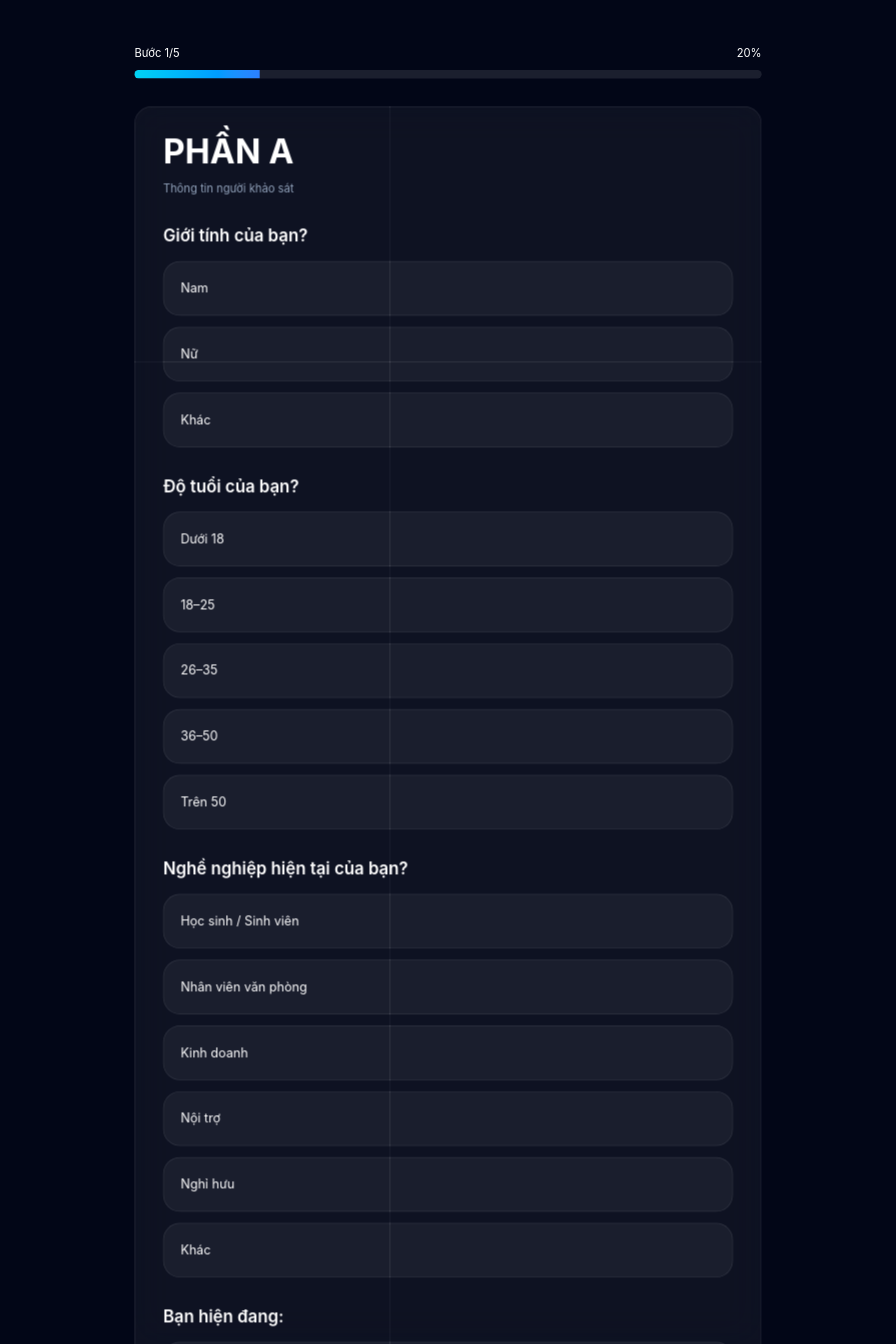
Repository: LuongPTCE181311/smart-pillow-survey
Page: /survey (app in frontend/)
The author's editor kept a copy of each file at every save. The page is drawn from the files as they stood at one save, then again after a run of saves.
The browser window is 1280 px wide. The pictures show the part of the page from y = 0 to 1920 px (the page is 2774 px tall before and 3074 px after), at 70% of full size.
The project was rebuilt for these pictures with package versions that can differ from the ones it lists, and the page was loaded fresh each time. Also part of the build but not shown: frontend/vite.config.js, frontend/src/components/Navbar.jsx, frontend/src/components/AnimatedBackground.jsx, frontend/src/components/ProductShowcase.jsx, frontend/src/components/HeroSection.jsx, frontend/src/components/VideoSection.jsx, frontend/src/components/ProblemSection.jsx, frontend/src/components/SolutionSection.jsx and 2 more. Imported but missing from the stored project, and not drawn on this page: frontend/src/assets/video.mp4.

Above is the page before, as saved 2026-06-03 19:22:13.

After the next 2 saves:
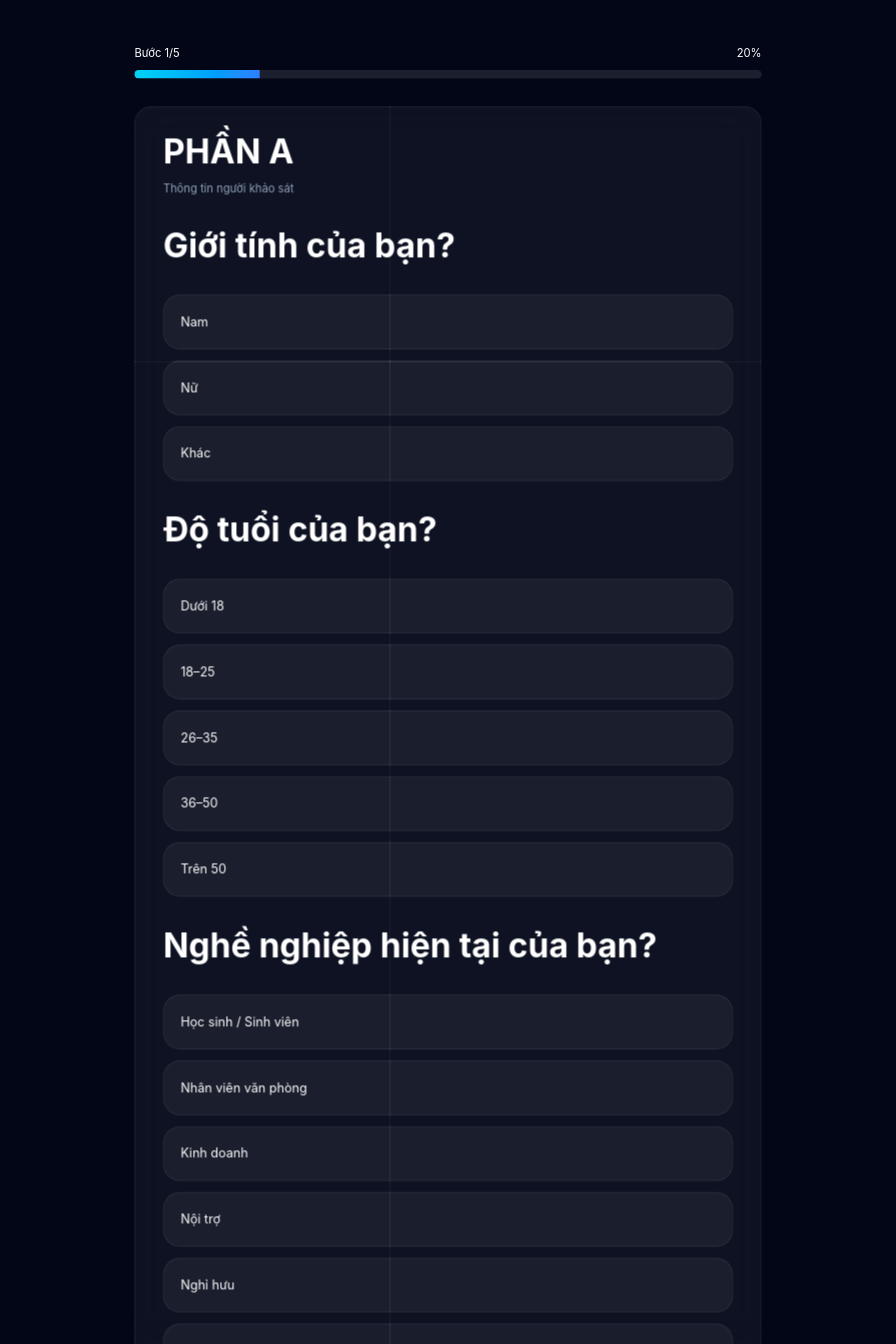
The 2 saves are shown as one change because they came seconds apart.
The last was saved 33 s later.
--- a/frontend/src/components/QuestionCard.jsx
+++ b/frontend/src/components/QuestionCard.jsx
@@ -3,10 +3,15 @@
     <div className="mb-10">
       <h2
         className="
-        text-2xl
-        font-semibold
-        mb-5
-        "
+  text-4xl
+  md:text-5xl
+
+  font-bold
+
+  leading-tight
+
+  mb-10
+  "
       >
         {question.question}
       </h2>

After the 2 saves that followed:
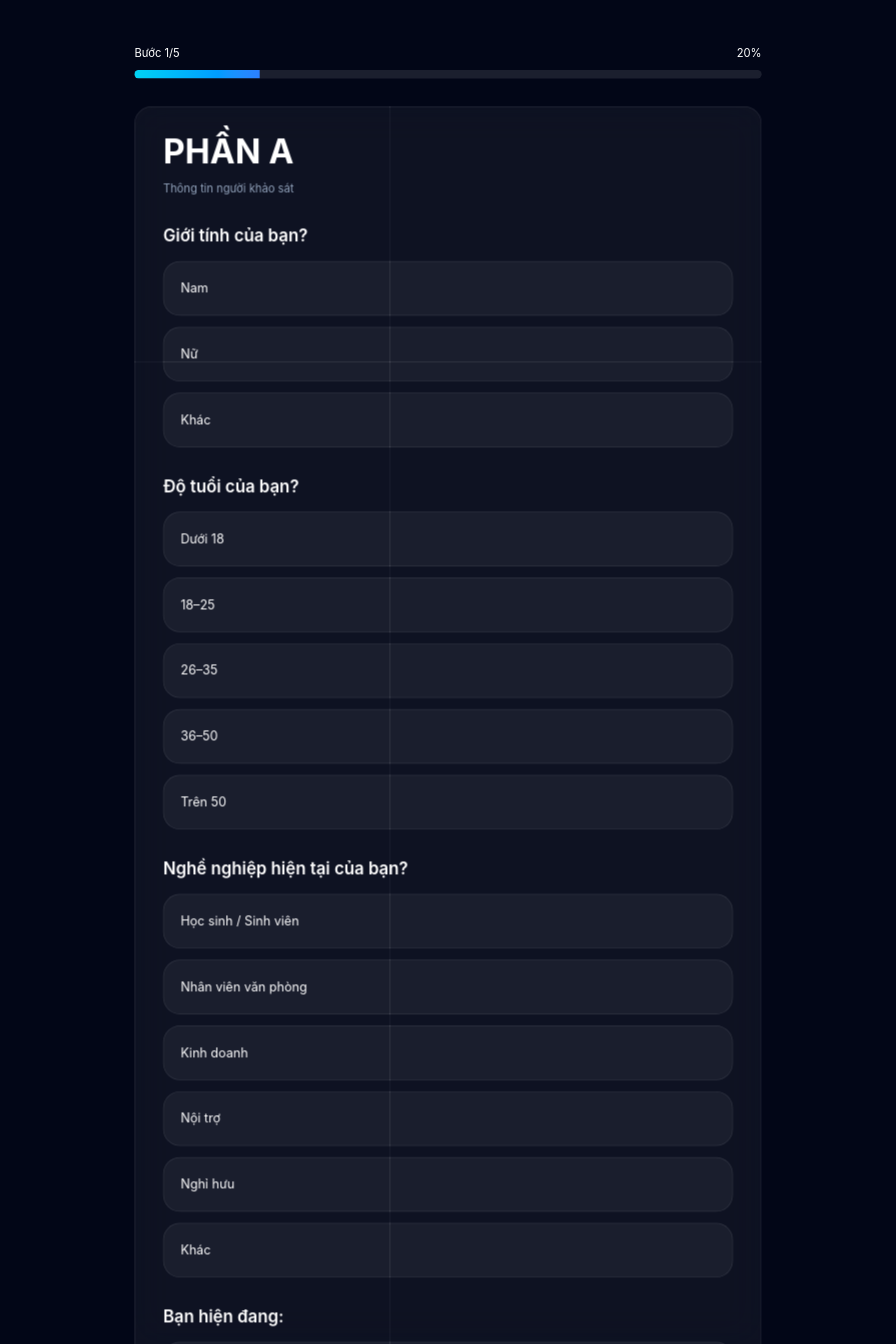
The 2 saves are shown as one change because they came seconds apart.
The last was saved 9 s later.
--- a/frontend/src/components/QuestionCard.jsx
+++ b/frontend/src/components/QuestionCard.jsx
@@ -3,15 +3,10 @@
     <div className="mb-10">
       <h2
         className="
-  text-4xl
-  md:text-5xl
-
-  font-bold
-
-  leading-tight
-
-  mb-10
-  "
+        text-2xl
+        font-semibold
+        mb-5
+        "
       >
         {question.question}
       </h2>
